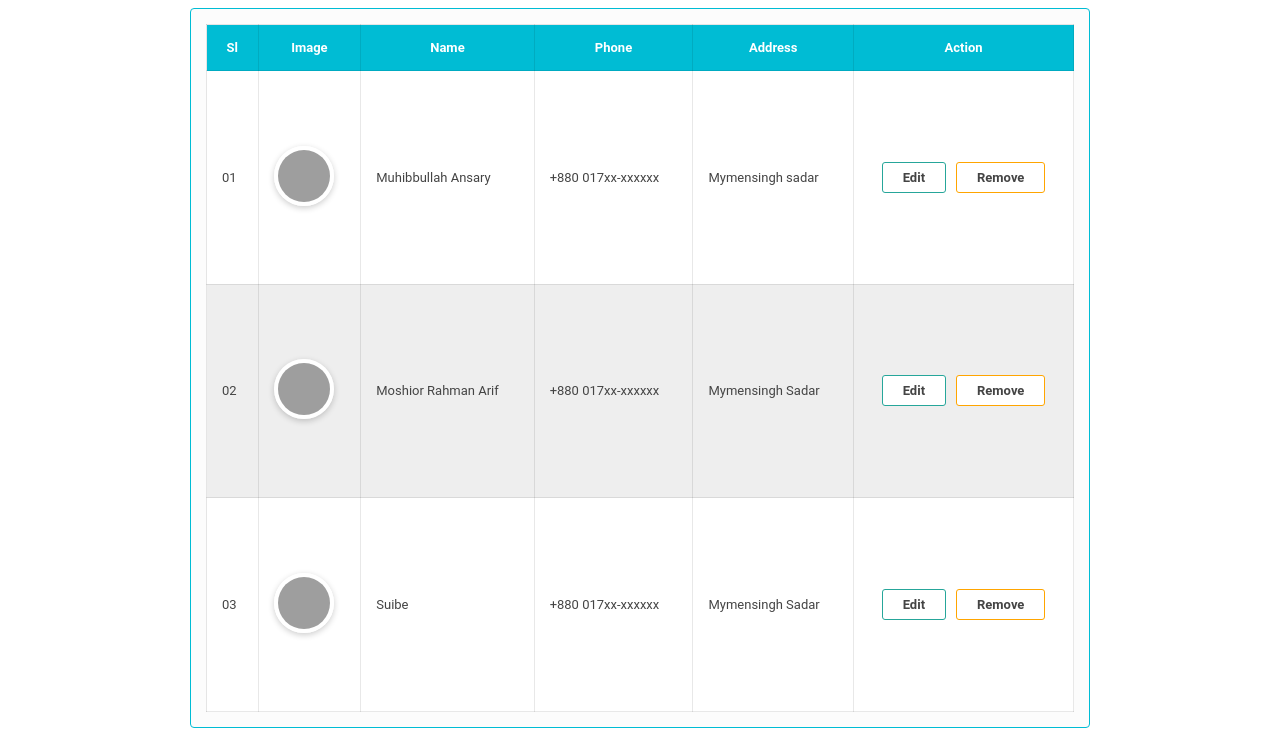
Repository: special4Party/Graduation-project-wedding-hall
Page: include/temp/tttttttttt.html
These files come from the project's save history. The page is drawn as it stood at one moment and after the next save; the edit follows.
The browser window is 1280 px wide. The pictures show the whole page.
Pictures or frames that could not be fetched are drawn as grey boxes.

Above is the page before, as saved 2022-05-01 00:17:58.

### include/temp/tttttttttt.html
<!DOCTYPE html>
<html>
<head>
    <meta charset="UTF-8">
    <title>Quistion Admin Page</title>
    <link rel="stylesheet" href="/layout/css/tttttttt.css">
</head>
<body>
    <div class="table_responsive">
        <table>
          <thead>
            <tr>
              <th>Sl</th>
              <th>Image</th>
              <th>Name</th>
              <th>Phone</th>
              <th>Address</th>
              <th>Action</th>
            </tr>
          </thead>
          <tbody>
            <tr>
              <td>01</td>
              <td><img src="https://freetoolssite.com/wp-content/uploads/2022/02/846799.png.webp" alt=""></td>
              <td>Muhibbullah Ansary</td>
              <td>+880 017xx-xxxxxx</td>
              <td>Mymensingh sadar</td>
              <td>
                <span class="action_btn">
                  <a href="#">Edit</a>
                  <a href="#">Remove</a>
                </span>
              </td>
            </tr>
            <tr>
              <td>02</td>
              <td><img src="https://freetoolssite.com/wp-content/uploads/2022/02/webp-to-png.png.webp" alt=""></td>
              <td>Moshior Rahman Arif</td>
              <td>+880 017xx-xxxxxx</td>
              <td>Mymensingh Sadar</td>
              <td>
                <span class="action_btn">
                  <a href="#">Edit</a>
                  <a href="#">Remove</a>
                </span>
              </td>
            </tr>
            <tr>
              <td>03</td>
              <td><img src="https://freetoolssite.com/wp-content/uploads/2022/02/youtube.png.webp" alt=""></td>
              <td>Suibe</td>
              <td>+880 017xx-xxxxxx</td>
              <td>Mymensingh Sadar</td>
              <td>
                <span class="action_btn">
                  <a href="#">Edit</a>
                  <a href="#">Remove</a>
                </span>
              </td>
            </tr>
          </tbody>
        </table>
      </div>
    </div>
</body>
</html>

### layout/css/tttttttt.css

* {
    box-sizing: border-box;
}
body>div{
    min-height: 100vh;
    display: flex;
    font-family: 'Roboto', sans-serif;
}
.table_responsive {
    max-width: 900px;
    border: 1px solid #00bcd4;
    background-color: #efefef33;
    padding: 15px;
    overflow: auto;
    margin: auto;
    border-radius: 4px;
}
table {
    width: 100%;
    font-size: 13px;
    color: #444;
    white-space: nowrap;
    border-collapse: collapse;
}
table>thead {
    background-color: #00bcd4;
    color: #fff;
}
table>thead th {
    padding: 15px;
}
table th,
table td {
    border: 1px solid #00000017;
    padding: 10px 15px;
}
table>tbody>tr>td>img {
    display: inline-block;
    width: 60px;
    height: 60px;
    object-fit: cover;
    border-radius: 50%;
    border: 4px solid #fff;
    box-shadow: 0 2px 6px #0003;
}
.action_btn {
    display: flex;
    justify-content: center;
    gap: 10px;
}
.action_btn>a {
    text-decoration: none;
    color: #444;
    background: #fff;
    border: 1px solid;
    display: inline-block;
    padding: 7px 20px;
    font-weight: bold;
    border-radius: 3px;
    transition: 0.3s ease-in-out;
}
.action_btn>a:nth-child(1) {
    border-color: #26a69a;
}
.action_btn>a:nth-child(2) {
    border-color: orange;
}
.action_btn>a:hover {
    box-shadow: 0 3px 8px #0003;
}
table>tbody>tr {
    background-color: #fff;
    transition: 0.3s ease-in-out;
}
table>tbody>tr:nth-child(even) {
    background-color: rgb(238, 238, 238);
}
table>tbody>tr:hover{
    filter: drop-shadow(0px 2px 6px #0002);
}

After the next save:
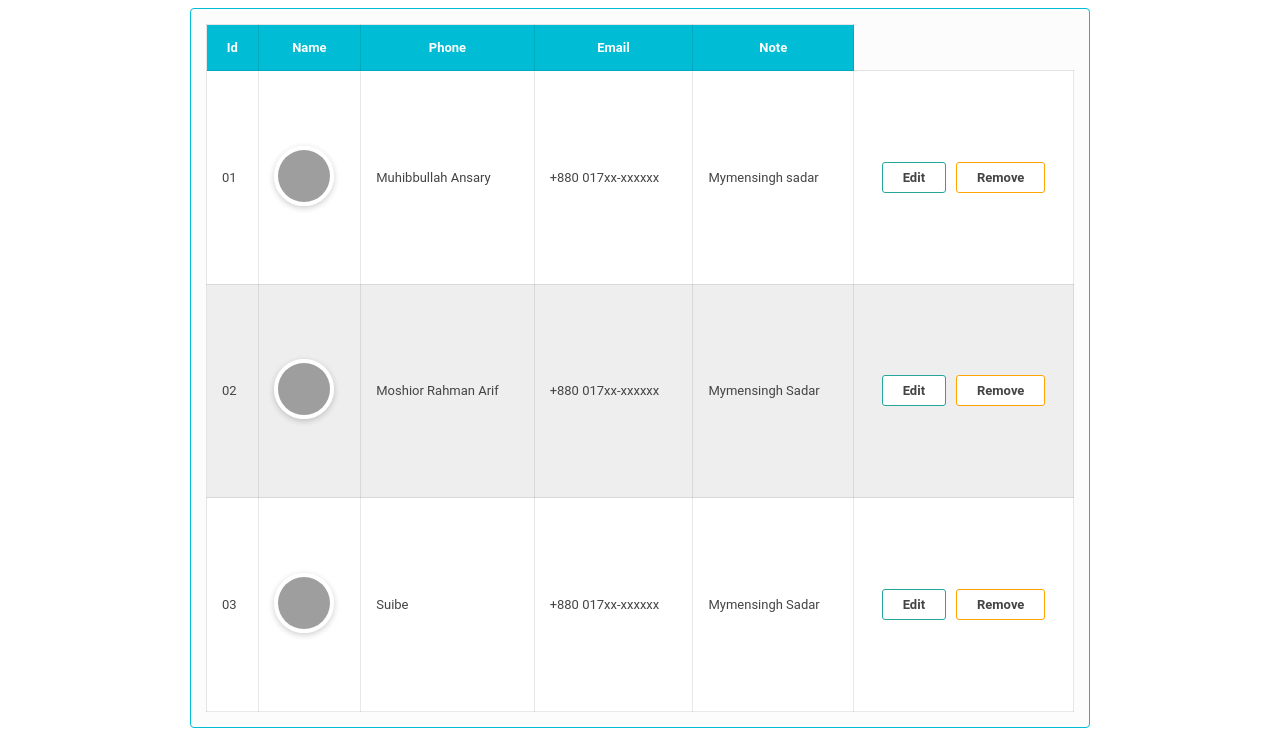
Saved 44 s later.
--- a/include/temp/tttttttttt.html
+++ b/include/temp/tttttttttt.html
@@ -10,12 +10,11 @@
         <table>
           <thead>
             <tr>
-              <th>Sl</th>
-              <th>Image</th>
+              <th>Id</th>
               <th>Name</th>
               <th>Phone</th>
-              <th>Address</th>
-              <th>Action</th>
+              <th>Email</th>
+              <th>Note</th>
             </tr>
           </thead>
           <tbody>
